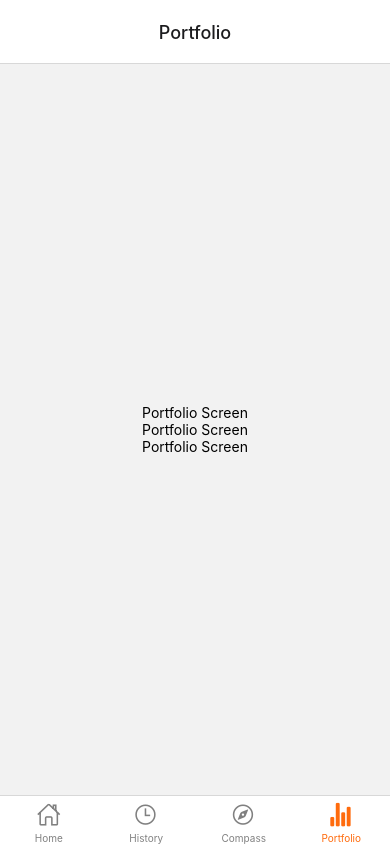
Repository: duongnoob23/WIND_SPEED_IOT
Screen: /Portfolio
These files come from the project's save history. The screen is drawn as it stood at one moment and after the next save; the edit follows.
The app was drawn by React Native's web renderer in a window 390 px wide. The project was rebuilt for these pictures with package versions that can differ from the ones it lists, and the page was loaded fresh each time. Also part of the build but not shown: src/page/screens/HomeScreen.js, src/page/screens/ExpensesScreen.js.

Above is the screen before, as saved 2025-03-11 14:32:02.

After the next save:
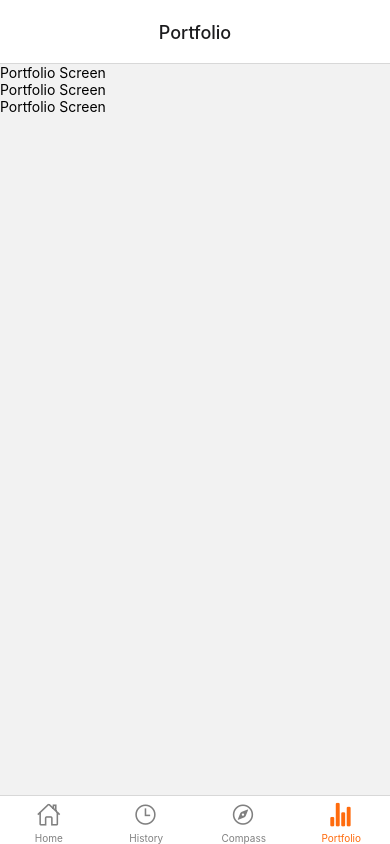
Saved 18 s later.
--- a/src/page/screens/PortfolioScreen.js
+++ b/src/page/screens/PortfolioScreen.js
@@ -14,8 +14,8 @@
 const styles = StyleSheet.create({
   container: {
     flex: 1,
-    justifyContent: "center",
-    alignItems: "center",
+    // justifyContent: "center",
+    // alignItems: "center",
     display: "flex",
   },
   box1: {

After the 2 saves that followed:
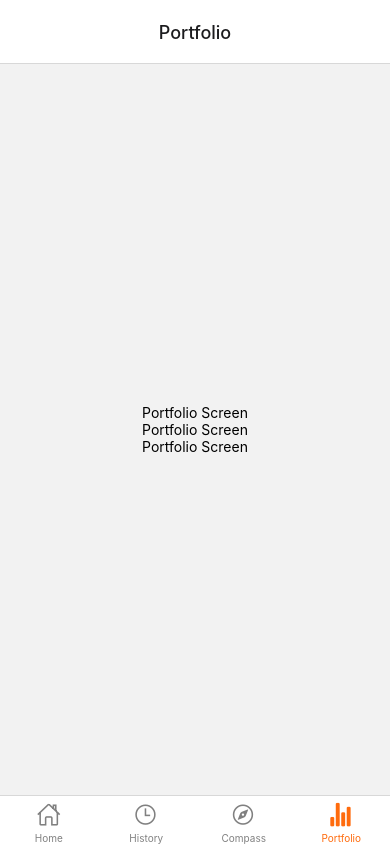
The 2 saves are shown as one change because they came seconds apart.
The last was saved 8 s later.
--- a/src/page/screens/PortfolioScreen.js
+++ b/src/page/screens/PortfolioScreen.js
@@ -14,8 +14,8 @@
 const styles = StyleSheet.create({
   container: {
     flex: 1,
-    // justifyContent: "center",
-    // alignItems: "center",
+    justifyContent: "center",
+    alignItems: "center",
     display: "flex",
   },
   box1: {
